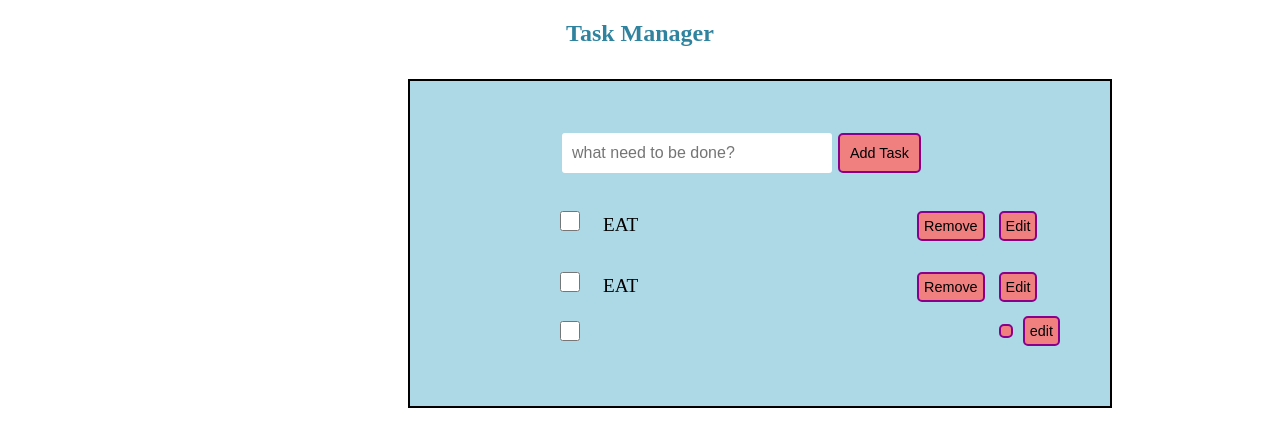
Repository: sristigupta04/basic-js-project
Page: todo app/title.html
These files come from the project's save history. The page is drawn as it stood at one moment and after the next save; the edit follows.
The browser window is 1280 px wide. The pictures show the whole page.

Above is the page before, as saved 2025-11-01 21:02:22.

### todo app/title.html
<!DOCTYPE html>
<html lang="en">
<head>
    <meta charset="UTF-8">
    <meta name="viewport" content="width=device-width, initial-scale=1.0">
    <title>Todo App</title>
    <link rel="stylesheet" href="title.css"/>
</head>
<body>
    <h2> Task Manager</h2>
    <div class="contain">
        <input type="text" id="new" placeholder="what need to be done?"></input>
        <button>Add Task</button>

        <div class="row">

             <input type="checkbox" id="addinput"><p> EAT</p> <button>Remove</button> <button>Edit</button>
            <input type="checkbox"><p> EAT</p> <button>Remove</button> <button>Edit</button>

        </div>
    </div>
    <script src="title.js"></script>
</body>
</html>

### todo app/title.css
.body{

    text-align: center;
    font-family: 'Trebuchet MS', 'Lucida Sans Unicode', 'Lucida Grande', 'Lucida Sans', Arial, sans-serif;
    margin:0;
    padding: 0;
}

h2{
color:rgb(48, 131, 159);
margin-top: 20px;
justify-content: center;
display: flex;
}
.contain{
 border: 2px solid black;
 width:600px;
 height: auto;
 margin-left: 400px;
 margin-top: 2rem;
 padding: 50px;
 background-color:lightblue;
}
.contain input{
    width:250px;
    height: 20px;
    padding: 10px;
    font-size: 1rem;
     border:2px solid lightblue;
     border-radius: 5px;
     outline: none;
     margin-left: 100px;

}
.contain button{
     padding:  10px;
       font-size:0.90rem;
       border:2px solid darkmagenta;
border-radius: 5px;
background-color: lightcoral;
color:black;
}

.row{
    margin-top: 20px;
    text-align: left;
}

.row p{
    display: inline-block;
    margin-left: 20px;
    font-size: 1.2rem;
    width: 300px;
}
.row button{
    margin-left: 10px;
    padding: 5px;
    font-size: 0.9rem;
    border: 2px solid darkmagenta;
    border-radius: 5px;
    background-color: lightcoral;
    color:black;
}

.row input{
    width: 20px;
    height: 20px;
}

.task {
  display: flex;
  align-items: center;
  margin-bottom: 10px;
}

.task p {
  margin: 0 10px;
  flex: 1;
}

### todo app/title.js
// // ====== Selecting DOM elements ======
// const input = document.getElementById("new");
// const addButton = document.querySelector(".contain button");
// const row = document.querySelector(".row");

// // ====== Event Listener ======
// addButton.addEventListener("click", addTask);

// // ====== Function to Add a Task ======
// function addTask() {
//     const taskText = input.value.trim();

//     if (taskText === "") {
//         alert("Please enter a task!");
//         return;
//     }

//     // Create new task container
//     const taskDiv = document.createElement("div");
//     taskDiv.classList.add("task-item");

//     // Create task content
//     taskDiv.innerHTML = `
//         <input type="checkbox">
//         <p>${taskText}</p>
//         <button class="removeBtn">Remove</button>
//         <button class="editBtn">Edit</button>
//     `;

//     // Append to main row
//     row.appendChild(taskDiv);
//     input.value = "";

//     // Attach functionality
//     attachTaskFunctions(taskDiv);
// }

// // ====== Attach Remove, Edit, and Checkbox Features ======
// function attachTaskFunctions(taskDiv) {
//     const removeBtn = taskDiv.querySelector(".removeBtn");
//     const editBtn = taskDiv.querySelector(".editBtn");
//     const checkbox = taskDiv.querySelector("input[type='checkbox']");
//     const taskText = taskDiv.querySelector("p");

//     // Remove Task
//     removeBtn.addEventListener("click", () => removeTask(taskDiv));

//     // Edit Task
//     editBtn.addEventListener("click", () => editTask(taskText));

//     // Checkbox Functionality
//     checkbox.addEventListener("change", () => toggleTaskStatus(checkbox, taskText));
// }

// // ====== Remove Task ======
// function removeTask(taskDiv) {
//     taskDiv.remove();
// }

// // ====== Edit Task ======
// function editTask(taskTextElement) {
//     const currentText = taskTextElement.textContent;
//     const newText = prompt("Edit your task:", currentText);
//     if (newText !== null && newText.trim() !== "") {
//         taskTextElement.textContent = newText.trim();
//     }
// }

// // ====== Toggle Checkbox (mark done) ======
// function toggleTaskStatus(checkbox, taskTextElement) {
//     if (checkbox.checked) {
//         taskTextElement.style.textDecoration = "line-through";
//         taskTextElement.style.color = "gray";
//     } else {
//         taskTextElement.style.textDecoration = "none";
//         taskTextElement.style.color = "black";
//     }
// }
let input = document.getElementById("new");
let addbtn = document.querySelector(".contain button");
let row = document.querySelector(".row");

addbtn.addEventListener("click", function()  {
    if(input.value.trim() === "")
    alert("enter the tassk");
return;
});
//add
let item =document.createElement("div");
item.classList.add("task");


//checkbox
let checkbox = document.createElement("input");
checkbox.type = "checkbox";


//task add
let task = document.createElement("p");
task.innertext = input.value;

//delete

let del = document.createElement("button");
del.innertext = "remove";

//edit

let edit = document.createElement("button");
edit.innerText ="edit";



item.appendChild(checkbox);
    item.appendChild(task);
    item.appendChild(del);
    item.appendChild(edit);
    row.appendChild(item);

    input.value = "";

    del.addEventListener("click", function(){
        row.removeChild(item);
    });

    edit.addEventListener("click", function() {
        let text = prompt("edit your task", task.innertext);
        if(text != null && text.trim() !== ""){
            task.innertext = text;

        }
    });

After the next save:
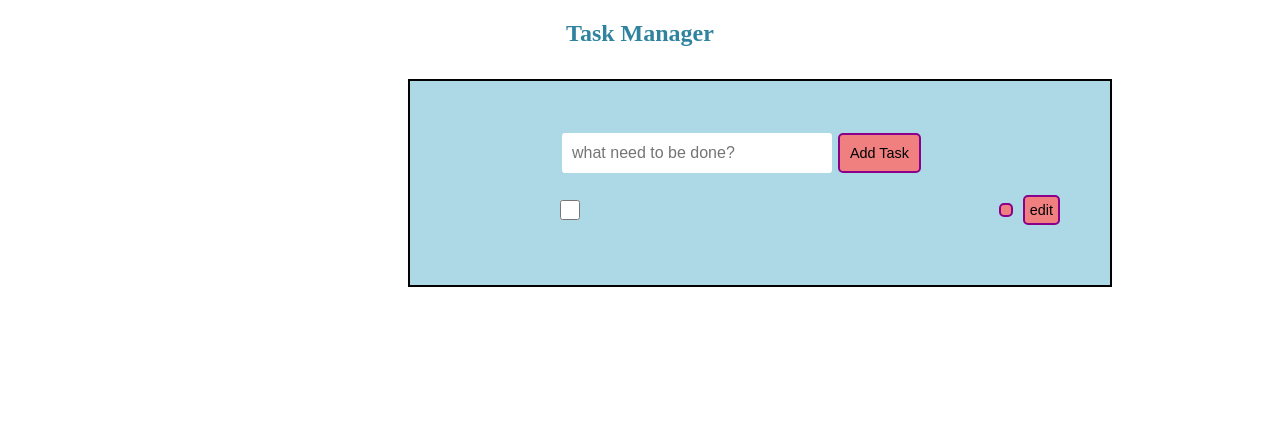
Saved 3 min 47 s later.
--- a/todo app/title.html
+++ b/todo app/title.html
@@ -14,9 +14,6 @@
 
         <div class="row">
 
-             <input type="checkbox" id="addinput"><p> EAT</p> <button>Remove</button> <button>Edit</button>
-            <input type="checkbox"><p> EAT</p> <button>Remove</button> <button>Edit</button>
-
         </div>
     </div>
     <script src="title.js"></script>
